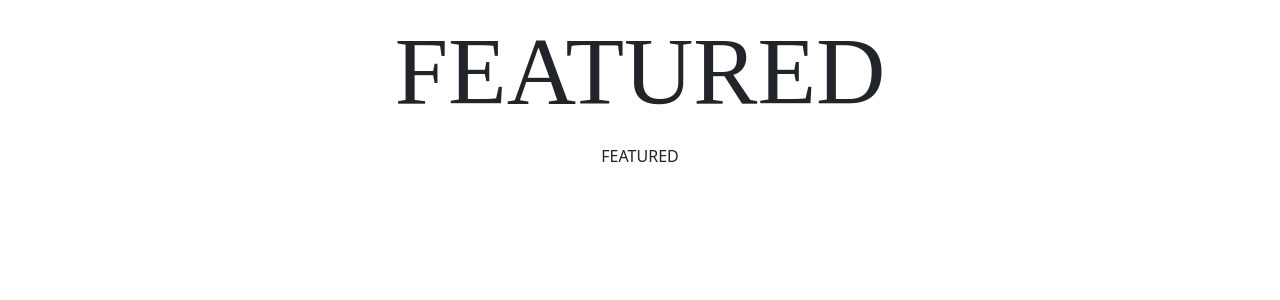
Repository: go23rishu/BagsWebsite
Page: home.html
An editor plug-in stored every save of this project. The page is shown before and after the next save, followed by the edit.
The browser window is 1280 px wide. The pictures show the whole page.
Some web fonts or font styles are not loaded; a fallback is used. Some web libraries are served in a nearby version.

Above is the page before, as saved 2023-06-21 15:15:16.

After the next save:
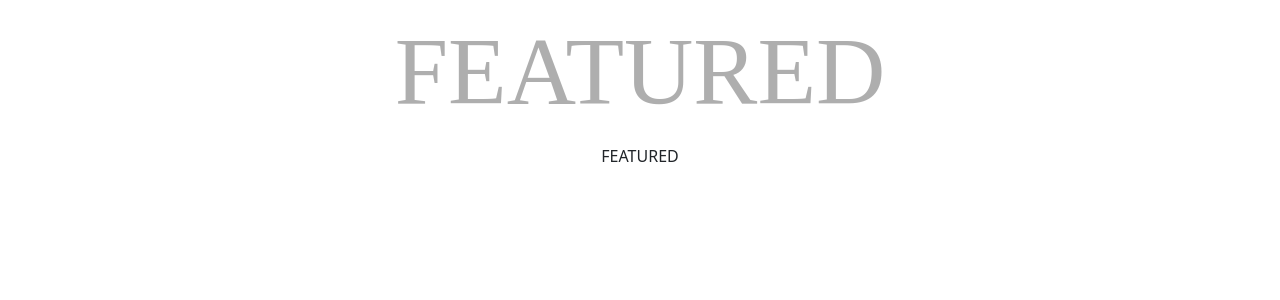
Saved 58 s later.
--- a/home.css
+++ b/home.css
@@ -35,4 +35,5 @@
 .home-featured span {
   font-family: "Kopub";
   font-size: 96px;
+  color: rgba(0, 0, 0, 0.319);
 }
